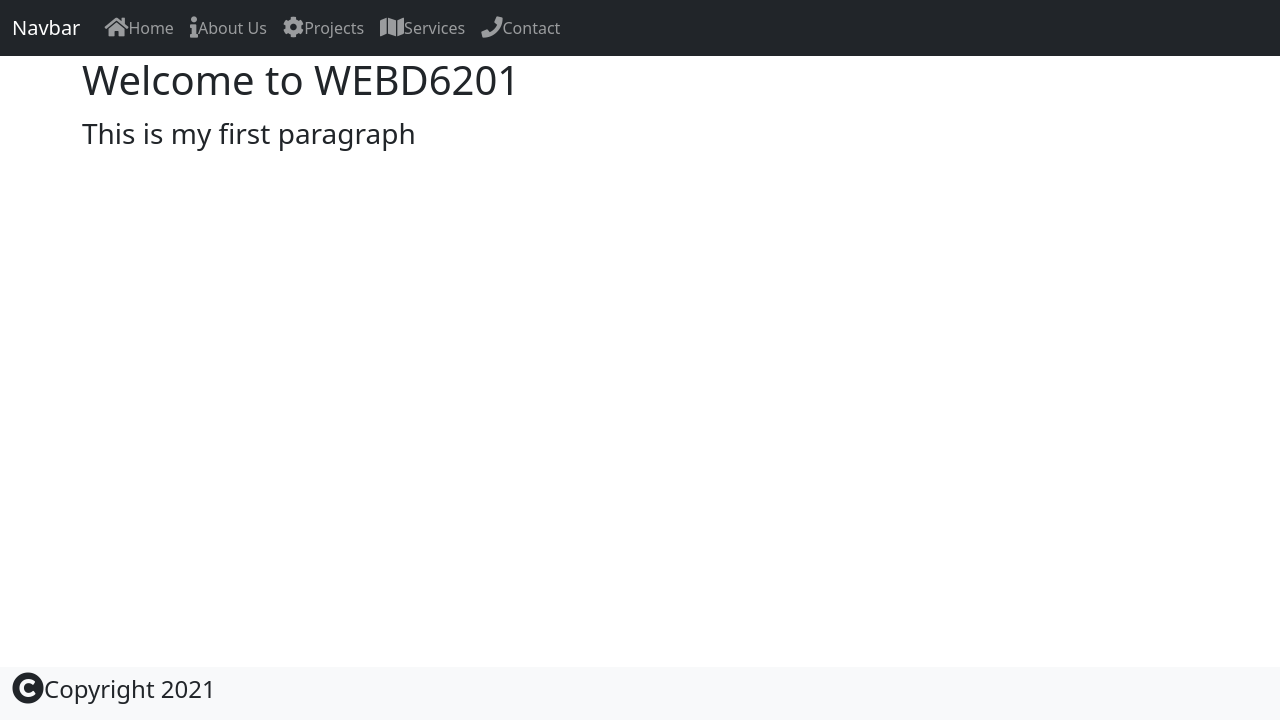
Repository: deividwsantoss/webd6201-W2021-ICE1
Page: projects.html
The author's editor kept a copy of each file at every save. The page is drawn from the files as they stood at one save, then again after the next save.
The browser window is 1280 px wide. The pictures show the whole page.

Above is the page before, as saved 2021-02-02 11:54:09.

After the next save:
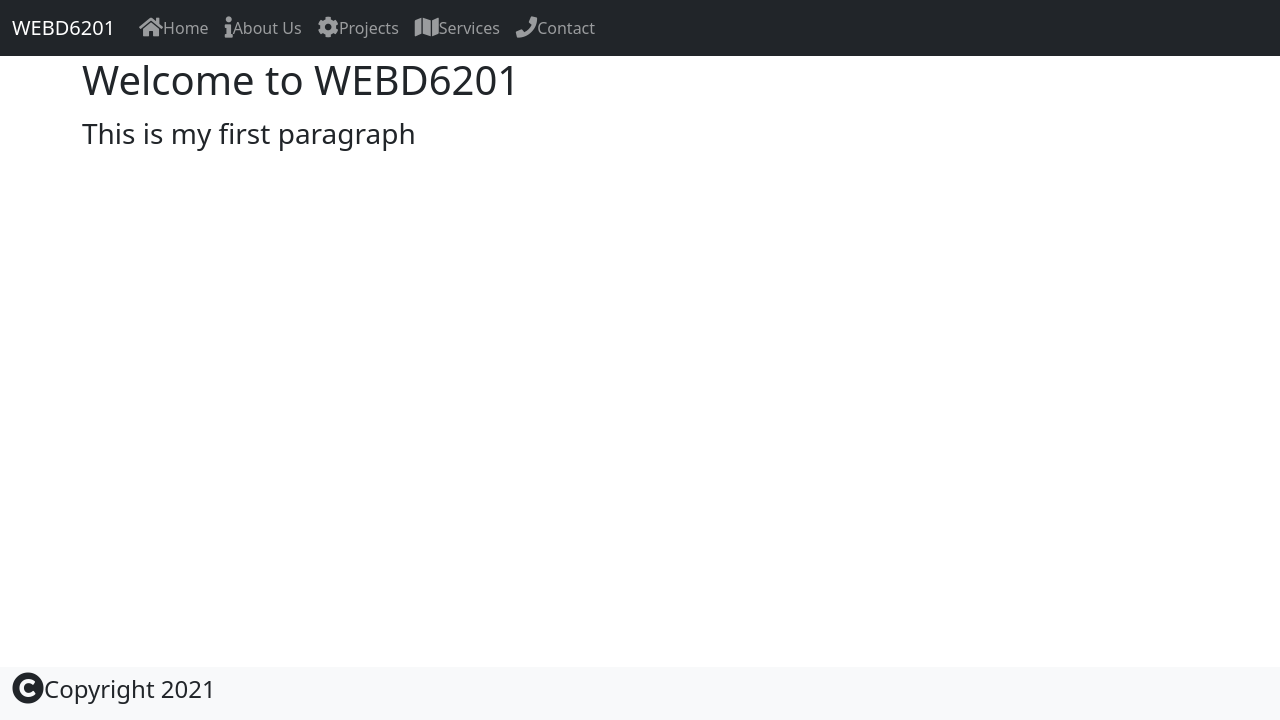
Saved 3 s later.
--- a/projects.html
+++ b/projects.html
@@ -3,7 +3,7 @@
 <head>
     <meta charset="UTF-8">
     <meta name="viewport" content="width=device-width, initial-scale=1.0">
-    <title>WEBD6201 - W2021 - ICE 1</title>
+    <title>Home</title>
 </head>
 <!-- CSS SECTION -->
 <link rel="stylesheet" href="./node_modules/bootstrap/dist/css/bootstrap.min.css">
@@ -11,29 +11,31 @@
 <link rel="stylesheet" href="./Content/app.css">
 
 <body>
+    <!-- MAIN HEADER-->
     <header>
+        <!-- Main Navegation-->
         <nav class="navbar navbar-expand-lg navbar-dark bg-dark">
             <div class="container-fluid">
-              <a class="navbar-brand" href="#">Navbar</a>
+              <a class="navbar-brand" href="Index.html">WEBD6201</a>
               <button class="navbar-toggler" type="button" data-bs-toggle="collapse" data-bs-target="#navbarSupportedContent" aria-controls="navbarSupportedContent" aria-expanded="false" aria-label="Toggle navigation">
                 <span class="navbar-toggler-icon"></span>
               </button>
               <div class="collapse navbar-collapse" id="navbarSupportedContent">
                 <ul class="navbar-nav me-auto mb-2 mb-lg-0">
                   <li class="nav-item">
-                    <a class="nav-link" aria-current="page" href="#"><i class="fas fa-home fa-lg"></i>Home</a>
+                    <a class="nav-link" aria-current="page" href="Index.html"><i class="fas fa-home fa-lg"></i>Home</a>
                   </li>
                   <li class="nav-item">
-                    <a class="nav-link" aria-current="page" href="#"><i class="fas fa-info fa-lg"></i>About Us</a>
+                    <a class="nav-link" aria-current="page" href="about.html"><i class="fas fa-info fa-lg"></i>About Us</a>
                   </li>
                   <li class="nav-item">
-                    <a class="nav-link" aria-current="page" href="#"><i class="fas fa-cog fa-lg"></i>Projects</a>
+                    <a class="nav-link" aria-current="page" href="projects.html"><i class="fas fa-cog fa-lg"></i>Projects</a>
                   </li>
                   <li class="nav-item">
-                    <a class="nav-link" aria-current="page" href="#"><i class="fas fa-map fa-lg"></i>Services</a>
+                    <a class="nav-link" aria-current="page" href="services.html"><i class="fas fa-map fa-lg"></i>Services</a>
                   </li>
                   <li class="nav-item">
-                    <a class="nav-link" aria-current="page" href="#"><i class="fas fa-phone fa-lg"></i>Contact</a>
+                    <a class="nav-link" aria-current="page" href="contact.html"><i class="fas fa-phone fa-lg"></i>Contact</a>
                   </li>
 
                 </ul>
@@ -42,12 +44,14 @@
             </div>
           </nav>
     </header>
+    <!-- Main content-->
     <main class="container">
 
         <h1>Welcome to WEBD6201 </h1>
         <p id="paragraphOne"> </p>
     </main>
 
+    <!-- Main Footer -->
     <footer>
         <nav class="navbar fixed-bottom navbar-light bg-light">
             <div class="container-fluid">
